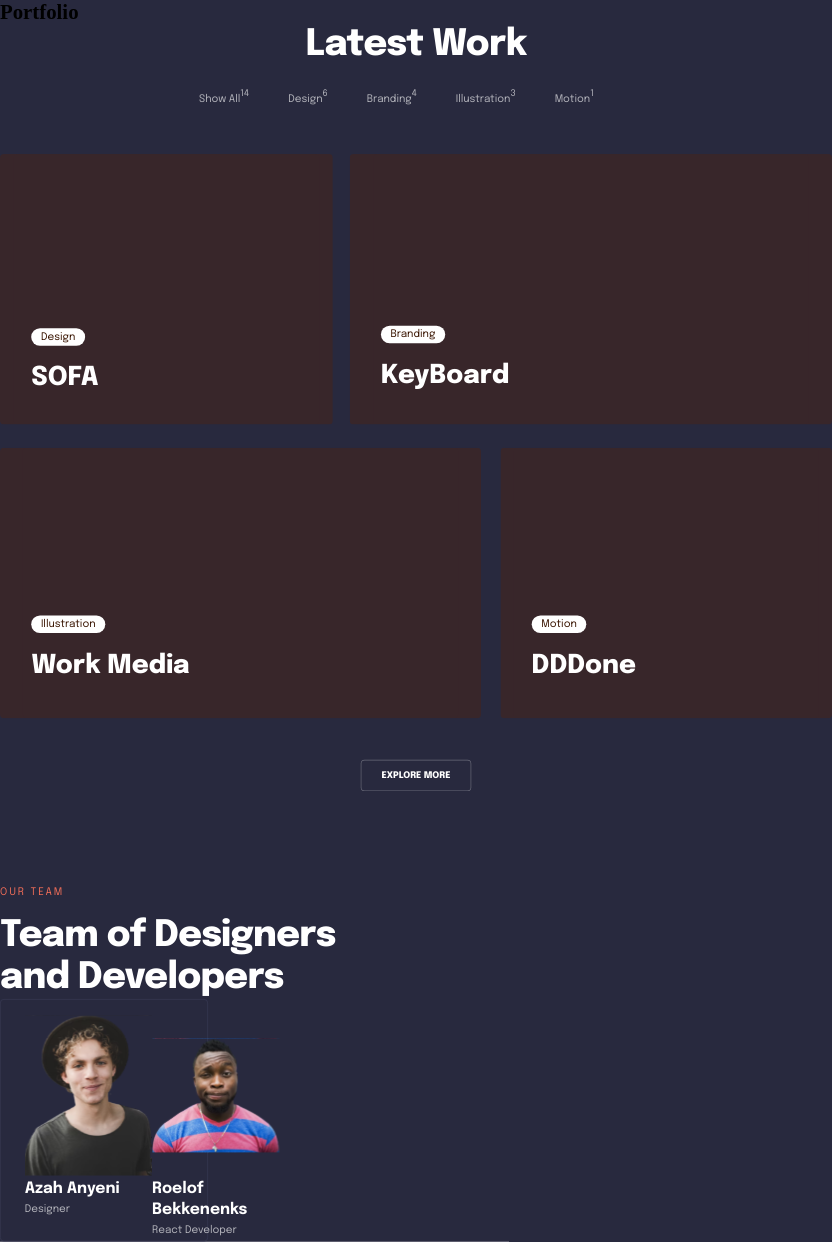
Repository: FidanXankishiyeva/figma-positions-task
Page: index.html
These files come from the project's save history. The page is drawn as it stood at one moment and after the next save; the edit follows.
The browser window is 1280 px wide. The pictures show the whole page, at 65% of full size.

Above is the page before, as saved 2023-08-10 13:29:52.

### index.html
<!DOCTYPE html>
<html lang="en">

<head>
    <meta charset="UTF-8">
    <meta name="viewport" content="width=device-width, initial-scale=1.0">
    <title>Document</title>
    <link rel="stylesheet" href="index.css">
</head>

<body>
    <div class="container">
        <div class="page-1">
            <div class="text-box">
                <h1>Portfolio</h1>
                <h2>Latest Work</h2>
            </div>
            <nav class="position-box">
                <ul>
                    <li>
                        <h1>Show All</h1>
                        <p>14</p>
                    </li>
                    <li>
                        <h1>Design</h1>
                        <p>6</p>
                    </li>
                    <li>
                        <h1>Branding</h1>
                        <p>4</p>
                    </li>
                    <li>
                        <h1>Illustration</h1>
                        <p>3</p>
                    </li>
                    <li>
                        <h1>Motion</h1>
                        <p>1</p>
                    </li>
                </ul>
            </nav>
            <div class="photo-box">
                <div class="sofa-box">
                    <img src="./photo/sofa.svg" alt="">
                    <div class="design-box">
                        <a href="#">Design</a>
                        <p>SOFA</p>

                    </div>
                </div>
                <div class="keyboard-box">
                    <img src="./photo/keyboard.svg" alt="">
                    <div class="branding-box">
                        <a href="#">Branding</a>
                        <p>KeyBoard</p>
                    </div>
                </div>
            </div>

            <div class="photo-box-2">
                <div class="work-media">
                    <img src="./photo/Work-Media.svg" alt="">
                    <div class="illustration-box">
                        <a href="#">Illustration</a>
                        <p>Work Media</p>
                    </div>
                </div>
                <div class="done-box">
                    <img src="./photo/done.svg" alt="">
                    <div class="motion-box">
                        <a href="#">Motion</a>
                        <p>DDDone</p>
                    </div>
                </div>
            </div>
            <button>
                Explore more
            </button>
        </div>
        <div class="page-2">
            <div class="text-box-2">
                <h3 >Our Team</h3>
                <h4>Team of Designers
                    and Developers</h4>
            </div>
            <div class="team-person">
                <ul>
                    <li>
                        <img src="./photo/azah.svg" alt="">
                        <h5>Azah Anyeni</h5>
                        <h6>Designer</h6>
                    </li>
                    <li>
                        <img src="./photo/roelof.svg" alt="">
                        <h5>Roelof Bekkenenks</h5>
                        <h6>React Developer</h6>
                    </li>
                </ul>
            </div>
        </div>
    </div>

</body>

</html>

### index.css
@import url('https://fonts.googleapis.com/css2?family=Epilogue:wght@400;700;800&display=swap');
* {
    margin: 0;
    padding: 0;
    box-sizing: border-box;
}

.container {
    width: 100%;
    background-color: #28293E;
}

.page
.text-box h1 {
    margin-bottom: 20px;
    color: var(--text-light-accent, #EF6D58);
    text-align: center;
    font-feature-settings: 'clig' off, 'liga' off;
    font-family: Epilogue;
    font-size: 16px;
    font-style: normal;
    font-weight: 400;
    line-height: 32px;
    letter-spacing: 3px;
    text-transform: uppercase;
}

.text-box h2 {
    margin-bottom: 36px;
    color: var(--text-light, #FFF);
    text-align: center;
    font-feature-settings: 'clig' off, 'liga' off;
    font-family: Epilogue;
    font-size: 56px;
    font-style: normal;
    font-weight: 800;
    line-height: 64px;
    letter-spacing: -1px;
}



.position-box ul {
    display: flex;
    justify-content: center;
}

.position-box ul li {
    list-style-type: none;
    margin-right: 60px;
    display: flex;
}

.position-box ul li h1 {
    color: var(--text-light-gray, rgba(255, 255, 255, 0.64));
    font-feature-settings: 'clig' off, 'liga' off;
    font-family: Epilogue;
    font-size: 16px;
    font-style: normal;
    font-weight: 400;
    line-height: 32px;
}

.position-box ul li p {
    color: var(--text-light-gray, rgba(255, 255, 255, 0.64));
    text-align: center;
    font-feature-settings: 'clig' off, 'liga' off;
    font-family: Epilogue;
    font-size: 14px;
    font-style: normal;
    font-weight: 400;
}

.photo-box {
    display: flex;
    justify-content: space-between;
    margin-top: 68px;
}

.sofa-box {
    width: 40%;
    position: relative;

}

.design-box {
    position: absolute;
    bottom: 51px;
    left: 48px;
    /* top: 50%;
    left: 50%;
    transform: translate(-50%, -50%); */
}

.sofa-box img {
    width: 100%;
    height: 416px;
    margin-right: 30px;
    border-radius: 6px;
    opacity: 0.3181;
    background: #5C2000;
}

.photo-box a {
    width: 84px;
    height: 38px;
    padding: 5px 15px;
    text-decoration: none;
    border-radius: 19px;
    background: #FFF;
    color: var(--text-dark, #391400);
    font-feature-settings: 'clig' off, 'liga' off;
    font-family: Epilogue;
    font-size: 16px;
    font-style: normal;
    font-weight: 400;
    line-height: 32px;
}

.photo-box p {
    margin-top: 23px;
    color: var(--text-light, #FFF);
    font-feature-settings: 'clig' off, 'liga' off;
    font-family: Epilogue;
    font-size: 40px;
    font-style: normal;
    font-weight: 800;
    line-height: 48px;
}

.keyboard-box {
    position: relative;
    width: 58%;
    height: 416px;

}

.keyboard-box img {
    width: 100%;
    height: 100%;
    border-radius: 6px;
    opacity: 0.3181;
    background: #5C2000;
}

.branding-box {
    position: absolute;
    bottom: 51px;
    left: 48px;
}

.photo-box-2 {
    display: flex;
    justify-content: space-between;
    margin-top: 32px;
}

.work-media {
    position: relative;
    margin-right: 30px;
    width: 58%;
    height: 416px;
}

.work-media img {
    width: 100%;
    height: 100%;
    border-radius: 6px;
    opacity: 0.3181;
    background: #5C2000;
}

.photo-box-2 a {
    padding: 5px 15px;
    border-radius: 19px;
    text-decoration: none;
    background: #FFF;
    color: var(--text-dark, #391400);
    font-feature-settings: 'clig' off, 'liga' off;
    font-family: Epilogue;
    font-size: 16px;
    font-style: normal;
    font-weight: 400;
    line-height: 32px;
}

.photo-box-2 p {
    margin-top: 23px;
    color: var(--text-light, #FFF);
    font-feature-settings: 'clig' off, 'liga' off;
    font-family: Epilogue;
    font-size: 40px;
    font-style: normal;
    font-weight: 800;
    line-height: 48px;
}

.illustration-box {
    position: absolute;
    top: 256px;
    left: 48px;
}

.done-box {
    position: relative;
    width: 40%;
    height: 416px;
}

.done-box img {
    width: 100%;
    height: 100%;

    border-radius: 6px;
    opacity: 0.3181;
    background: #5C2000;
}

.motion-box {
    position: absolute;
    top: 256px;
    left: 48px;
}

.box {
    position: absolute;
    top: 64px;
    left: 500px;
}



button {
    width: 170px;
    height: 48px;
    /* padding: 18px 31px; */
    margin: auto;
    margin-top: 64px;
    display: block;
    border-radius: 6px;
    border: 1px solid rgba(255, 255, 255, 0.30);
    background-color: #28293e;
    text-decoration: none;
    color: #FFF;
    text-align: center;
    font-family: Epilogue;
    font-size: 14px;
    font-style: normal;
    font-weight: 900;
    line-height: normal;
    text-transform: uppercase;

}
.text-box-2 h3{
    margin-top: 140px;
    color: var(--text-light-accent, #EF6D58);
    font-feature-settings: 'clig' off, 'liga' off;
    font-family: Epilogue;
    font-size: 16px;
    font-style: normal;
    font-weight: 400;
    line-height: 32px;
    letter-spacing: 3px;
    text-transform: uppercase;
}
.text-box-2 h4{
    width: 531px;
    margin-top: 20px;
    color: var(--text-light, #FFF);
font-feature-settings: 'clig' off, 'liga' off;
font-family: Epilogue;
font-size: 56px;
font-style: normal;
font-weight: 800;
line-height: 64px;
letter-spacing: -1px;
}
.team-person ul{
    width: 25%;
padding: 24px 37px 0px 37px;
display: flex;
border-radius: 6px;
border: 1px solid #3A3C56;
}
.team-person ul li{
    list-style-type: none;
}
.team-person img{
    width: 196px;
height: 247px;
}
.team-person h5{
    color: var(--text-light, #FFF);
    font-feature-settings: 'clig' off, 'liga' off;
    font-family: Epilogue;
    font-size: 24px;
    font-style: normal;
    font-weight: 700;
    line-height: 32px;
}
.team-person h6{
    color: var(--text-light-gray, rgba(255, 255, 255, 0.64));
font-feature-settings: 'clig' off, 'liga' off;
font-family: Epilogue;
font-size: 16px;
font-style: normal;
font-weight: 400;
line-height: 32px;
}

After the next save:
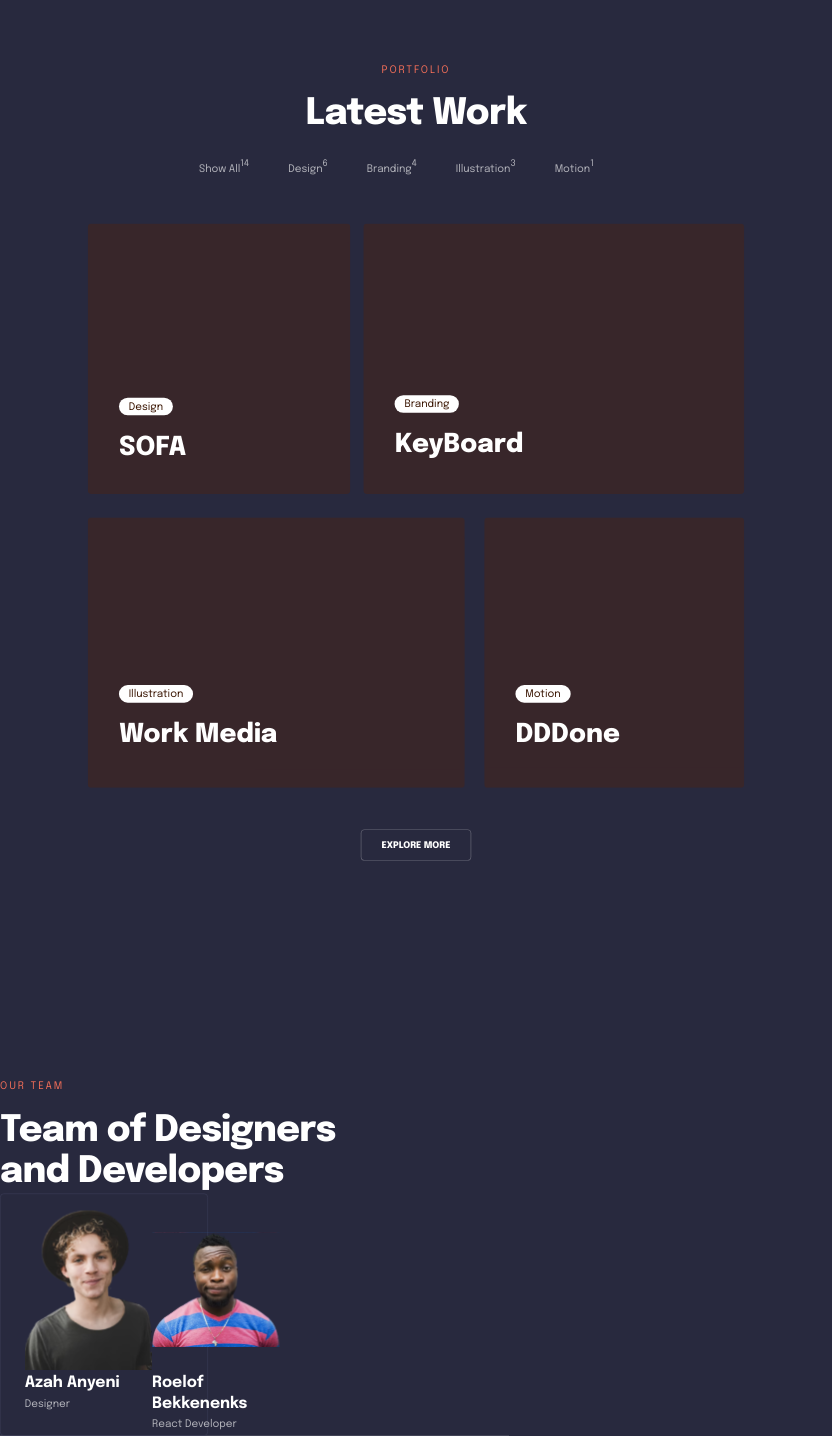
Saved 4 s later.
--- a/index.css
+++ b/index.css
@@ -10,7 +10,9 @@
     background-color: #28293E;
 }
 
-.page
+.page-1{
+    padding: 92px 135px 192px 135px;
+}
 .text-box h1 {
     margin-bottom: 20px;
     color: var(--text-light-accent, #EF6D58);
